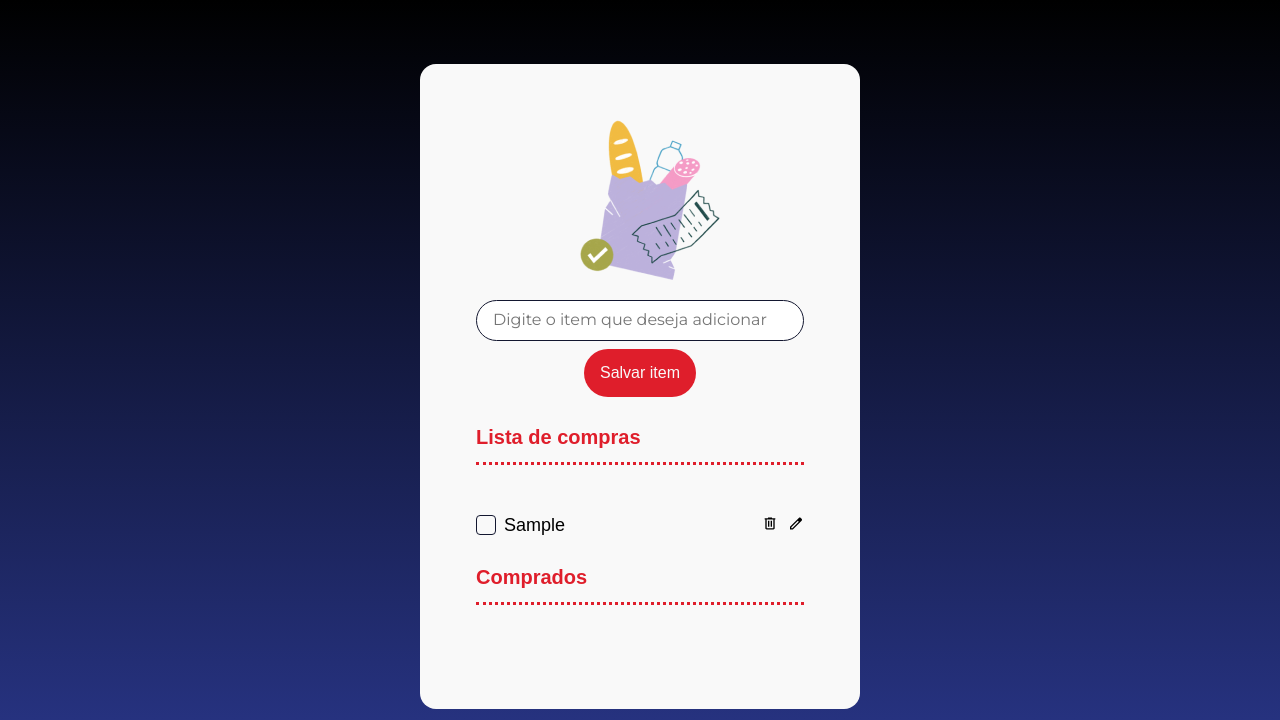
Repository: joaoPraiaJunior/compras_js
Page: index.html
These files come from the project's save history. The page is drawn as it stood at one moment and after the next save; the edit follows.
The browser window is 1280 px wide. The pictures show the whole page.
Empty fields were first filled with sample values (such as "Sample", 5 or name@example.com).
After loading, the first visible `form.compras` was submitted once.
Some web fonts or font styles are not loaded; a fallback is used.

Above is the page before, as saved 2024-08-23 13:05:28.

### index.html
<!DOCTYPE html>
<html lang="pt-BR" dir="ltr">

<head>
    <meta charset="UTF-8">
    <meta name="viewport" content="width=device-width, initial-scale=1.0">
    <meta name="description" content="Lista de compras">
    <title>Lista de Compras</title>
    <link rel="preconnect" href="https://fonts.googleapis.com">
    <link rel="preconnect" href="https://fonts.gstatic.com" crossorigin>
    <link href="https://fonts.googleapis.com/css2?family=Krona+One&family=Montserrat&family=Numans&display=swap" rel="stylesheet">
    <link rel="stylesheet" href="./css/styles.css">
</head>

<body>
    <header>
        <img src="./img/bag.png" alt="sacola de compras">
    </header>
    <main>
        <form class="compras" data-js="form-compras">
            <input class="compras__campo" type="text" name="compra" placeholder="Digite o item que deseja adicionar" data-js="input-do-item" required>
            <button type="submit" class="compras__botao" data-js="botao-adicionar-item">Salvar item</button>
        </form>
        <h1>Lista de compras</h1>
        <hr>

        <ul class="lista" data-js="lista-de-compras">
            <!-- <li class="lista__item">
                <div class="lista__container">
                    <div class="lista__compra">
                        <label class="checkbox" for="item-1">
                            <input class="checkbox__input" type="checkbox" id="item-1">
                            Ração de gato
                            <span class="checkbox__customizado checked"></span>
                        </label>
                    </div>
                    <div class="botao">
                        <button class="botao__excluir"><img src="./img/delete.svg" alt="Deletar"></button>
                        <button class="botao__editar"><img src="./img/edit.svg" alt="Editar"></button>
                    </div>
                </div>
                <p class="lista__data">Segunda-feira (<time datetime="2024-08-22">22/08/2024</time>) às <time>08:30</time></p>
            </li> -->
        </ul>

        <h2>Comprados</h2>
        <hr>

        <ul class="comprados" data-js="itens-comprados">

        </ul>
    </main>
    <script src="./js/scripts.js"></script>
</body>

</html>

### css/styles.css
* {
    box-sizing: border-box;
    margin: 0;
    padding: 0;
}

html {
    font-size: 62.5%;
}

:root {
    --cor-primaria: #df1e2b;
    --cor-secundaria: #C2373F;
    --neutro: #F9F9F9;
    --preto: #131730;
    --fonte-titulo: "Krona One", sans-serif;
    --fonte-texto: 'Numans', sans-serif;
    --degrade-azul: linear-gradient(180deg, #000000 0%, #26327F 100%);
}

body {
    display: flex;
    flex-direction: column;
    align-items: center;
    background: var(--degrade-azul);
    background-repeat: no-repeat;
    font-size: 1.6rem;
    height: 100vh;
}

header {
    text-align: center;
    margin-top: 6.4rem;
    background-color: var(--neutro);
    border-radius: 1.6rem 1.6rem 0 0;
    padding: 5.6rem 5.6rem 1.6rem 5.6rem;
    width: 44.0rem;

}

main {
    display: flex;
    flex-direction: column;
    align-items: center;
    gap: 2.4rem;
    background-color: var(--neutro);
    border-radius: 0 0 1.6rem 1.6rem;
    padding: 0 5.6rem 5.6rem 5.6rem;
    width: 44.0rem;
}

h1, h2 {
    align-self: flex-start;
    font-family: var(--fonte-titulo);
    font-size: 2.0rem;
    color: var(--cor-primaria);
    line-height: 3.3rem;
}

hr {
    border: none;
    border-bottom: .3rem dotted var(--cor-primaria);
    margin-bottom: 2.4rem;
    width: 100%;
}

hr:empty {
    margin-top: calc(1.6rem * -1);
}

p, label {
    font-family: var(--fonte-texto);
    font-size: 1.8rem;
    font-weight: 400;
    text-align: left;
    line-height: 2.4rem;
}


.compras {
    display: flex;
    flex-direction: column;
    gap: .8rem;
    width: 100%;
}

.compras__campo {
    border: .1rem solid var(--preto);
    border-radius: 2.4rem;
    padding: 1.2rem 1.6rem;
}

.compras__campo::placeholder {
    font-family: "Montserrat", sans-serif;
    font-size: 1.6rem;
    line-height: 1.9rem;
}

.compras__botao {
    align-self: center;
    font-family: var(--fonte-texto);
    font-size: 1.6rem;
    line-height: 2.4rem;
    color: var(--neutro);
    background-color: var(--cor-primaria);
    border: none;
    border-radius: 2.4rem;
    padding: 1.2rem 1.6rem;
    cursor: pointer;
}

.lista {
    list-style: none;
    width: 100%;
}

.lista__item {
    margin-bottom: 1.0rem;
}

.lista__item:last-child {
    margin-bottom: 0;
}

.lista__container {
    display: flex;
    align-items: center;
    justify-content: space-between;
}

.lista__compra {
    display: flex;
    align-items: center;
}

.lista__etiqueta {
    cursor: pointer;
}

.lista__data {
    font-size: 1.2rem;
    line-height: 2.0rem;
}

.checkbox {
    display: flex;
    align-items: center;
    flex-direction: row-reverse;
    cursor: pointer;
}
.checkbox__input {
    opacity: 0;
    width: 0;
    height: 0;
}

.checkbox__customizado {
    background-color: var(--neutro);
    margin-right: .8rem;
    border: .1rem solid var(--preto);
    border-radius: .4rem;
    width: 2.0rem;
    height: 2.0rem;
    cursor: pointer
}

.checkbox__customizado--checked {
    position: relative;
    background-color: var(--preto);
}

.checkbox__customizado--checked::before {
    content: "";
    position: absolute;
    top: -10%;
    left: 30%;
    width: .5rem;
    height: 1.4rem;
    border-top: .2rem solid var(--neutro);
    border-left: .2rem solid var(--neutro);
    transform: rotate(-140deg);
}

.botao {
    display: flex;
    gap: 1.0rem;
}

.botao__excluir, .botao__editar {
    background-color: transparent;
    border: none;
    cursor: pointer;
}

### js/scripts.js
const elementos = {
    formCompras: '[data-js="form-compras"]',
    inputDoItem: '[data-js="input-do-item"]',
    listaDeCompras: '[data-js="lista-de-compras"]',
    labelDoCheckbox: '[data-js="label-do-checkbox"]',
    inputDoCheckbox: '[data-js="input-do-checkbox"]',
    checkBoxCustomizado: '[data-js="checkbox-customizado"]',
    itensComprados: '[data-js="itens-comprados"]',
}

const formCompras = document.querySelector(elementos.formCompras);
const inputDoItem = document.querySelector(elementos.inputDoItem);
const listaDeCompras = document.querySelector(elementos.listaDeCompras);
const itensComprados = document.querySelector(elementos.itensComprados);
let contadorDeItens = 0;


function adicionarItemDeCompra(evento) {
    evento.preventDefault();
    const itemDeCompra = inputDoItem.value;
    inputDoItem.value = '';
    contadorDeItens++;
    listaDeCompras.appendChild(criarItemDaLista(itemDeCompra));
}

function criarItemDaLista(itemDeCompra) {
    const liDaLista = document.createElement('li');
    const divContainer = document.createElement('div');
    const divListaDeCompras = document.createElement('div');
    const labelDoCheckbox = document.createElement('label');
    const inputCheckbox = document.createElement('input');
    const checkBoxCustomizado = document.createElement('span');
    const divBotao = document.createElement('div');
    const botaoExcluir = document.createElement('button');
    const botaoEditar = document.createElement('button');
    const iconeExcluir = document.createElement('img');
    const iconeEditar = document.createElement('img');
    const paragrafoData = document.createElement('p');
    const data = document.createElement('time');
    const horas = document.createElement('time');

    liDaLista.classList.add('lista__item');
    divContainer.classList.add('lista__container');
    divListaDeCompras.classList.add('lista__compra');
    labelDoCheckbox.classList.add('checkbox');
    inputCheckbox.classList.add('checkbox__input');
    checkBoxCustomizado.classList.add('checkbox__customizado');
    checkBoxCustomizado.dataset.js = 'checkbox-customizado';
    divBotao.classList.add('botao');
    botaoExcluir.classList.add('botao__excluir');
    botaoEditar.classList.add('botao__editar');

    labelDoCheckbox.setAttribute('for', `item-${contadorDeItens}`);
    labelDoCheckbox.dataset.js = 'label-do-checkbox';
    inputCheckbox.setAttribute('type', 'checkbox');
    inputCheckbox.dataset.js = 'input-do-checkbox';
    inputCheckbox.setAttribute('id', `item-${contadorDeItens}`);
    iconeExcluir.setAttribute('src', './img/delete.svg');
    iconeExcluir.setAttribute('alt', 'Botão de excluir item da lista de compras');
    iconeEditar.setAttribute('src', './img/edit.svg');
    iconeEditar.setAttribute('alt', 'Botão de editar item da lista de compras');

    liDaLista.appendChild(divContainer);
    divContainer.appendChild(divListaDeCompras);
    divListaDeCompras.appendChild(labelDoCheckbox);
    labelDoCheckbox.textContent = `${textoCapitalizado(itemDeCompra)}`;
    labelDoCheckbox.appendChild(inputCheckbox);
    labelDoCheckbox.appendChild(checkBoxCustomizado);
    divContainer.appendChild(divBotao);
    divBotao.appendChild(botaoExcluir);
    divBotao.appendChild(botaoEditar);
    botaoExcluir.appendChild(iconeExcluir);
    botaoEditar.appendChild(iconeEditar);

    checkboxMarcado(labelDoCheckbox);

    return liDaLista;
}

function checkboxMarcado(labelDoCheckbox) {
    labelDoCheckbox.addEventListener('click', function (evento) {
        const checkboxAlvo = evento.currentTarget.querySelector(elementos.inputDoCheckbox);
        const checkBoxcustomizadoAlvo = evento.currentTarget.querySelector(elementos.checkBoxCustomizado);

        if (checkboxAlvo.checked) {
            checkBoxcustomizadoAlvo.classList.add('checkbox__customizado--checked');
        } else {
            checkBoxcustomizadoAlvo.classList.remove('checkbox__customizado--checked');
        }
    });
}

function textoCapitalizado(itemDeCompra) {
    const palavras = itemDeCompra.split(' ');

    const palavrasCapitalizadas = palavras.map(function (palavra) {
        return palavra.charAt(0).toUpperCase() + palavra.slice(1).toLowerCase();
    });

    return palavrasCapitalizadas.join(' ');
}

formCompras.addEventListener('submit', adicionarItemDeCompra);

After the next save:
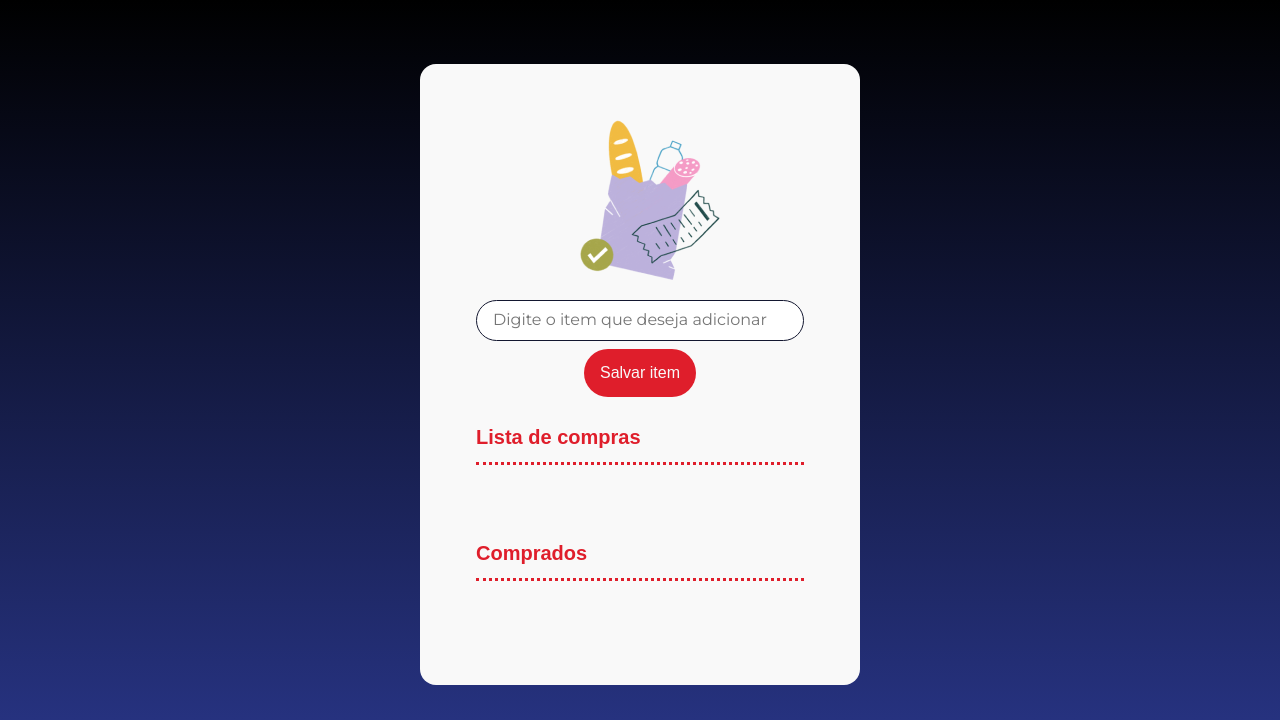
Console error: ReferenceError: labelDoCheckbo is not defined
Saved 6 min 43 s later.
--- a/js/scripts.js
+++ b/js/scripts.js
@@ -72,22 +72,27 @@
     botaoExcluir.appendChild(iconeExcluir);
     botaoEditar.appendChild(iconeEditar);
 
-    checkboxMarcado(labelDoCheckbox);
+    checkboxMarcado(labelDoCheckbo, liDaLista);
 
     return liDaLista;
 }
 
-function checkboxMarcado(labelDoCheckbox) {
+function checkboxMarcado(labelDoCheckbox, liDaLista) {
     labelDoCheckbox.addEventListener('click', function (evento) {
         const checkboxAlvo = evento.currentTarget.querySelector(elementos.inputDoCheckbox);
         const checkBoxcustomizadoAlvo = evento.currentTarget.querySelector(elementos.checkBoxCustomizado);
 
-        if (checkboxAlvo.checked) {
-            checkBoxcustomizadoAlvo.classList.add('checkbox__customizado--checked');
-        } else {
-            checkBoxcustomizadoAlvo.classList.remove('checkbox__customizado--checked');
-        }
+        alteracaoVisualDoCheckbox(checkboxAlvo, checkBoxcustomizadoAlvo);
+
     });
+}
+
+function alteracaoVisualDoCheckbox(checkbox, checkBoxCustomizado) {
+    if (checkbox.checked) {
+        checkBoxCustomizado.classList.add('checkbox__customizado--marcado');
+    } else {
+        checkBoxCustomizado.classList.remove('checkbox__customizado--marcado');
+    }
 }
 
 function textoCapitalizado(itemDeCompra) {

After the 3 saves that followed:
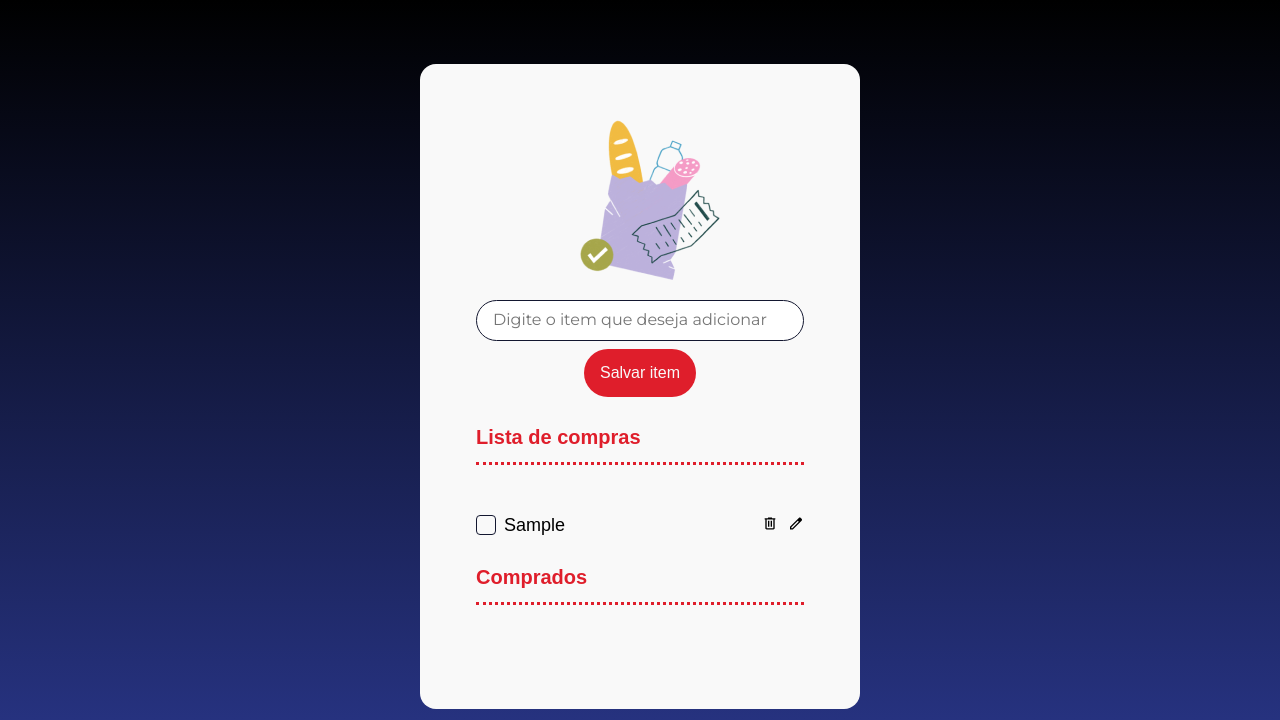
The error is gone.
The 3 saves are shown as one change because 2 left the picture as it was.
The last was saved 2 min 59 s later.
--- a/js/scripts.js
+++ b/js/scripts.js
@@ -72,7 +72,7 @@
     botaoExcluir.appendChild(iconeExcluir);
     botaoEditar.appendChild(iconeEditar);
 
-    checkboxMarcado(labelDoCheckbo, liDaLista);
+    checkboxMarcado(labelDoCheckbox, liDaLista);
 
     return liDaLista;
 }
@@ -80,18 +80,18 @@
 function checkboxMarcado(labelDoCheckbox, liDaLista) {
     labelDoCheckbox.addEventListener('click', function (evento) {
         const checkboxAlvo = evento.currentTarget.querySelector(elementos.inputDoCheckbox);
-        const checkBoxcustomizadoAlvo = evento.currentTarget.querySelector(elementos.checkBoxCustomizado);
+        const checkboxcustomizadoAlvo = evento.currentTarget.querySelector(elementos.checkBoxCustomizado);
 
-        alteracaoVisualDoCheckbox(checkboxAlvo, checkBoxcustomizadoAlvo);
+        alteracaoVisualDoCheckbox(checkboxAlvo, checkboxcustomizadoAlvo);
 
     });
 }
 
-function alteracaoVisualDoCheckbox(checkbox, checkBoxCustomizado) {
-    if (checkbox.checked) {
-        checkBoxCustomizado.classList.add('checkbox__customizado--marcado');
+function alteracaoVisualDoCheckbox(checkboxAlvo, checkboxCustomizadoAlvo) {
+    if (checkboxAlvo.checked) {
+        checkboxCustomizadoAlvo.classList.add('checkbox__customizado--checked');
     } else {
-        checkBoxCustomizado.classList.remove('checkbox__customizado--marcado');
+        checkboxCustomizadoAlvo.classList.remove('checkbox__customizado--checked');
     }
 }
 
